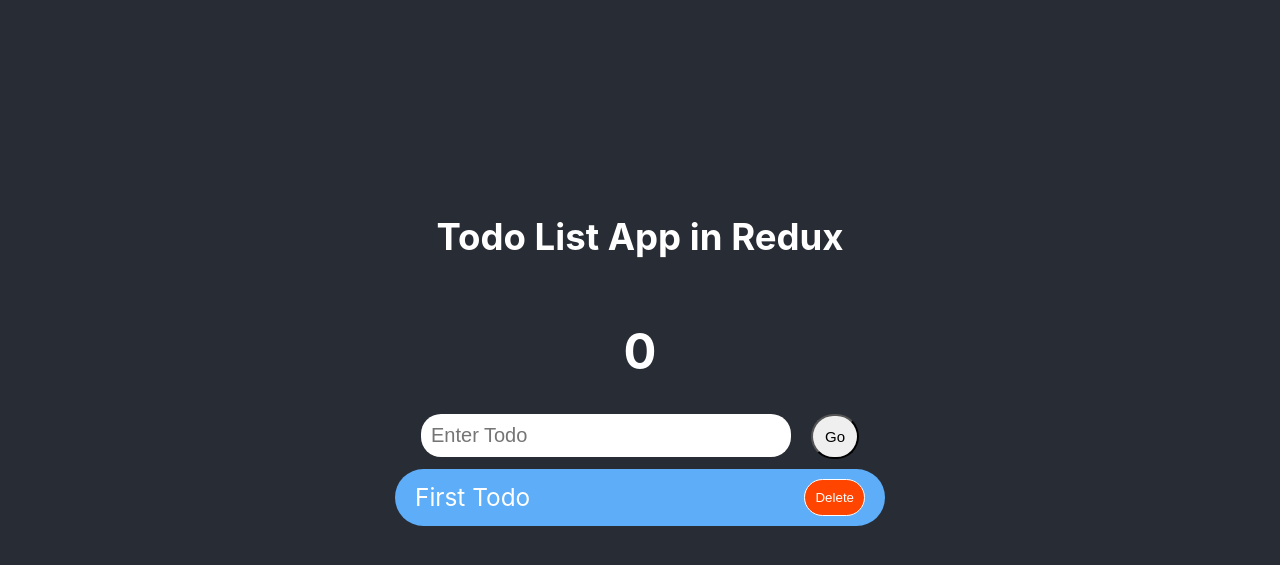
Repository: mahsa199170/React-Redux-Projects
Page: / (app in redux-todo-list/)
The author's editor kept a copy of each file at every save. The page is drawn from the files as they stood at one save, then again after the next save.
The browser window is 1280 px wide. The pictures show the whole page.
The project was rebuilt for these pictures with package versions that can differ from the ones it lists, and the page was loaded fresh each time. Also part of the build but not shown: redux-todo-list/src/components/Count.js.

Above is the page before, as saved 2024-10-24 17:51:27.

After the next save:
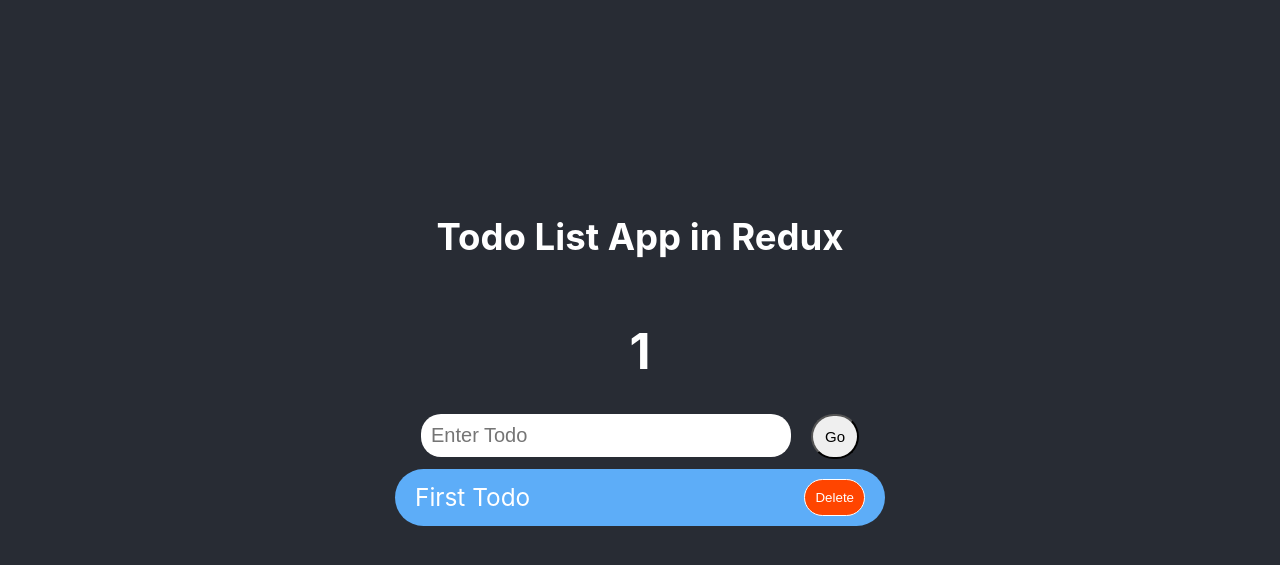
Saved 12 s later.
--- a/redux-todo-list/src/slice/todoSlice.js
+++ b/redux-todo-list/src/slice/todoSlice.js
@@ -1,7 +1,7 @@
 import { createSlice } from '@reduxjs/toolkit';
 
 const initialState = {
-  todo: 0,
+  todo: [1],
 };
 
 const todoSlice = createSlice({
